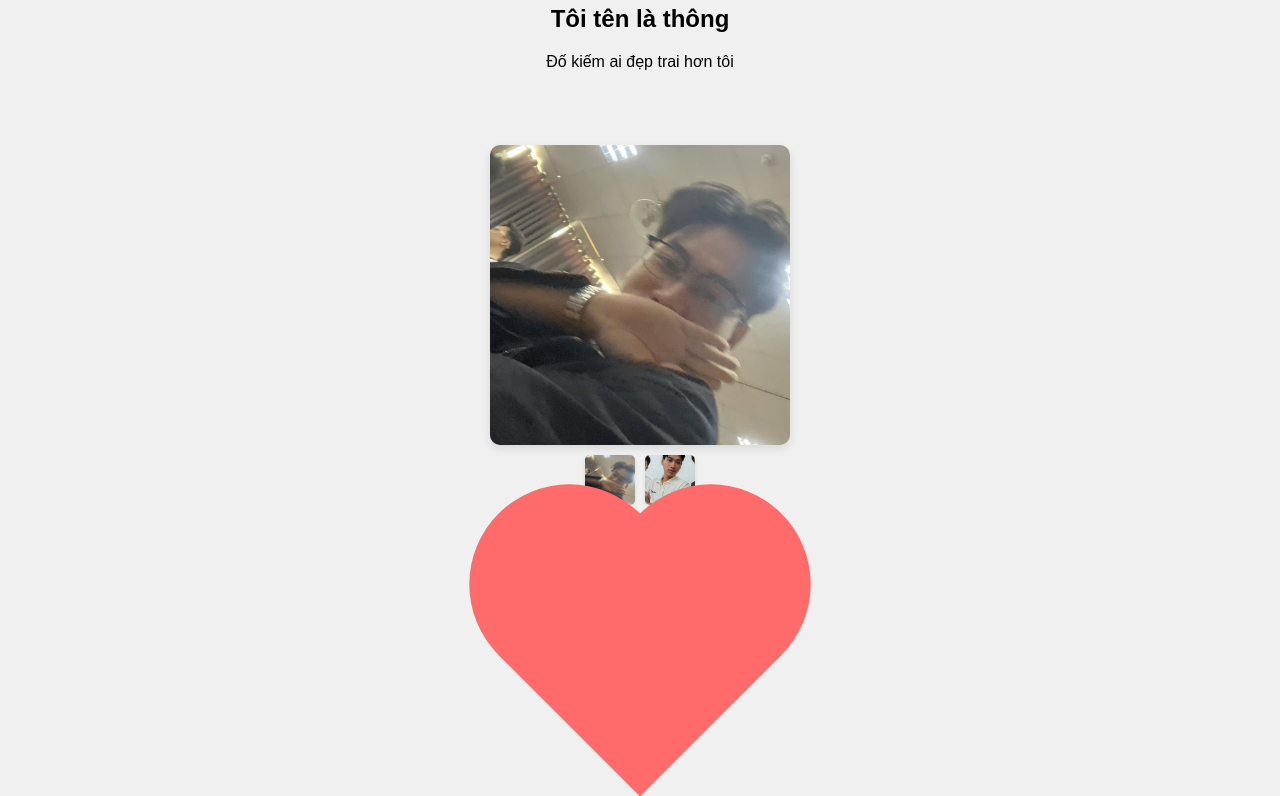
Repository: Thonghehe/profile
Page: index.html
An editor plug-in stored every save of this project. The page is shown before and after the next save, followed by the edit.
The browser window is 1280 px wide. The pictures show the whole page.

Above is the page before, as saved 2024-11-15 13:47:37.

After the next save:
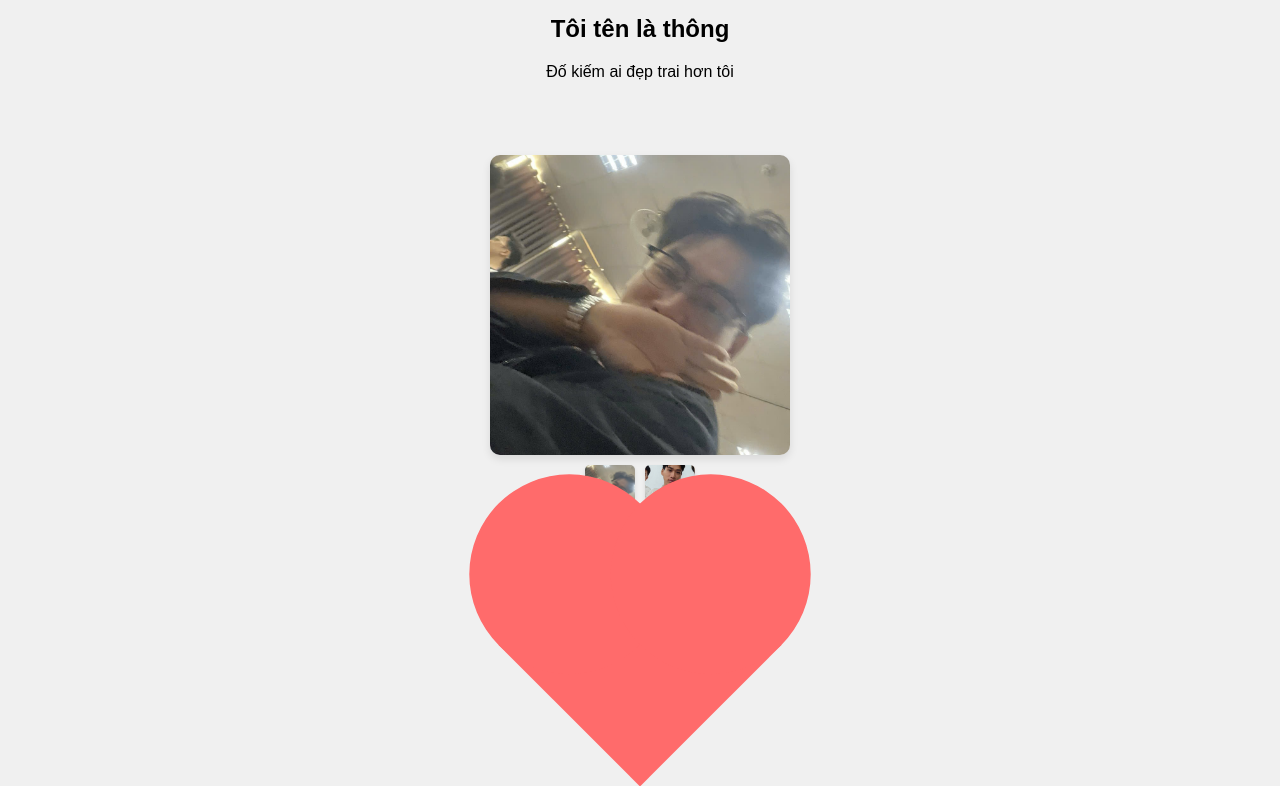
Saved 13 s later.
--- a/index.html
+++ b/index.html
@@ -18,7 +18,7 @@
 
     <div class="thumbnail-container">
         <img id="large-image" src="" alt="Large Image">
-        <div class="thumbnails"></div>
+        <div class="thumbnails" style="margin: auto;"></div>
         <div class="heart"></div>
         <script>
             const images = {
